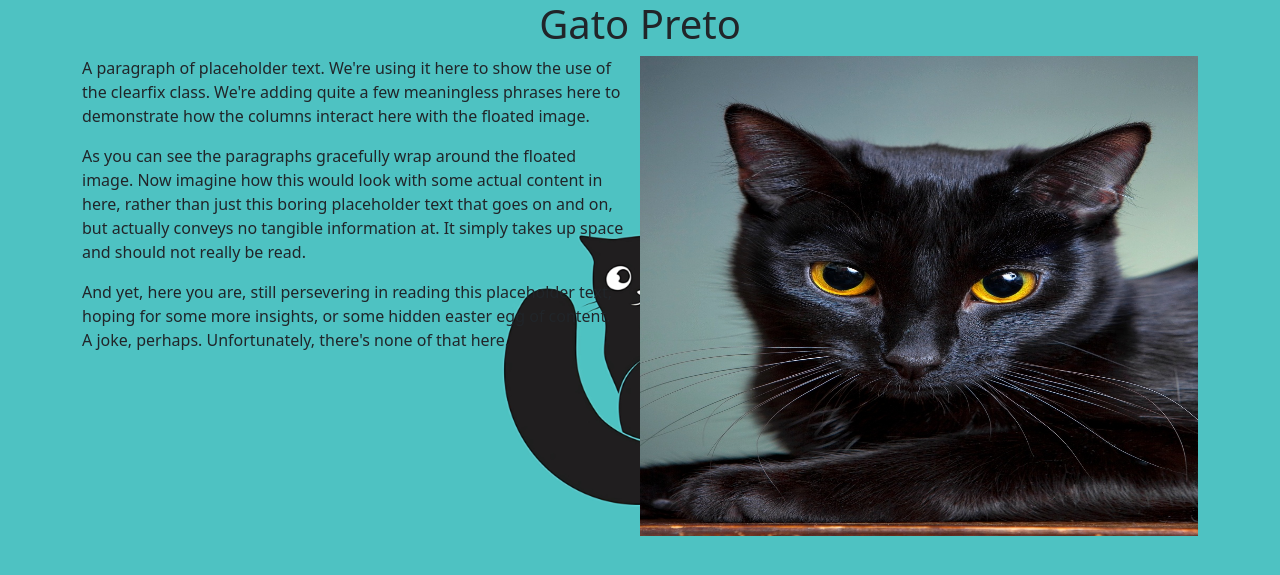
Repository: SktYzu/gatitu
Page: index.html
The author's editor kept a copy of each file at every save. The page is drawn from the files as they stood at one save, then again after a run of saves.
The browser window is 1280 px wide. The pictures show the whole page.

Above is the page before, as saved 2023-11-27 15:07:44.

After the next 2 saves:
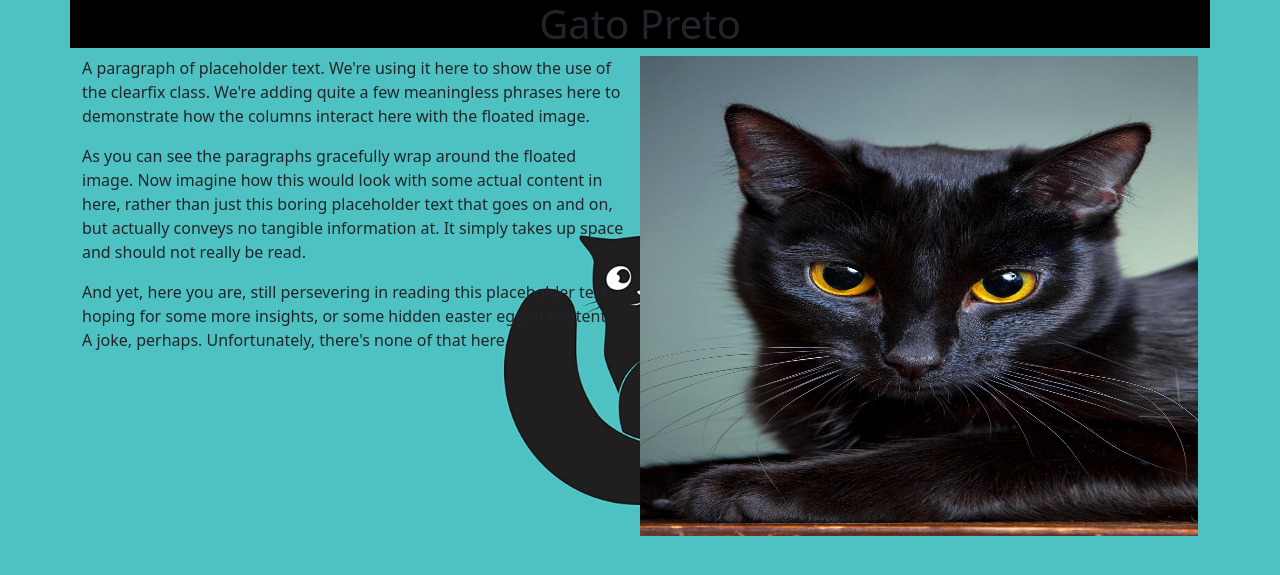
The 2 saves are shown as one change because they came seconds apart.
The last was saved 17 s later.
--- a/index.html
+++ b/index.html
@@ -19,7 +19,7 @@
 
 <body>
 
-    <h1 class="container text-center">Gato Preto</h1>
+    <h1 class="container text-center bg-black">Gato Preto</h1>
     <div class="container">
 
         <div class="clearfix">

After the save that followed:
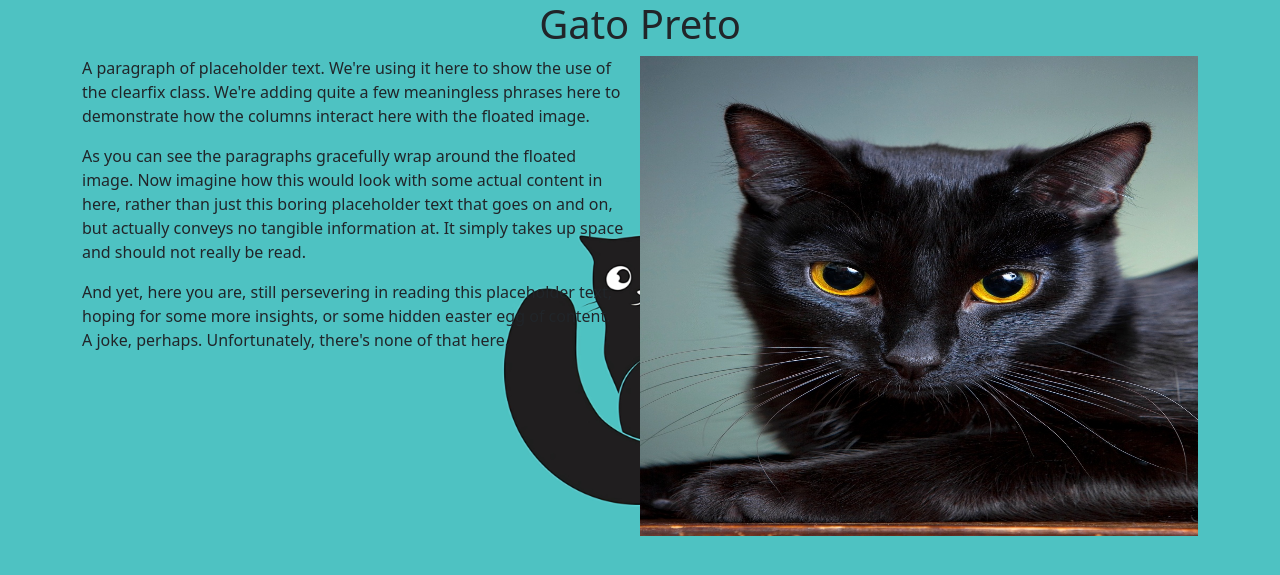
Saved 6 s later.
--- a/index.html
+++ b/index.html
@@ -19,7 +19,7 @@
 
 <body>
 
-    <h1 class="container text-center bg-black">Gato Preto</h1>
+    <h1 class="container text-center">Gato Preto</h1>
     <div class="container">
 
         <div class="clearfix">
